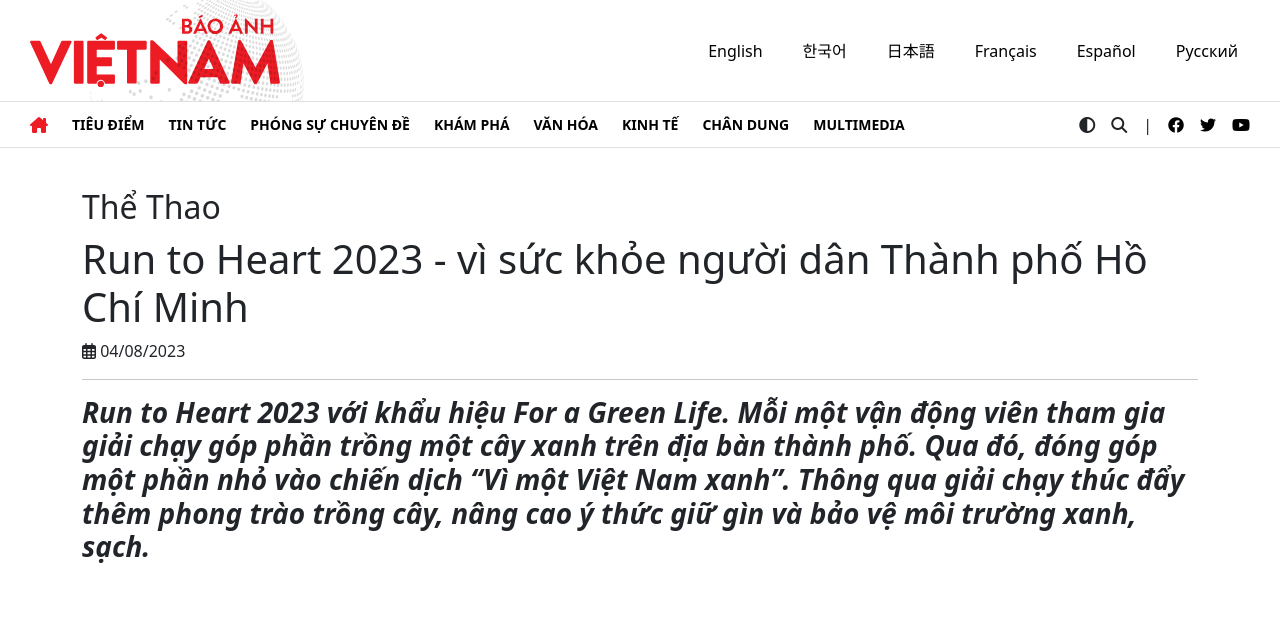
Repository: kietdotshp/webtintuc
Page: Detail.html
These files come from the project's save history. The page is drawn as it stood at one moment and after a run of saves; the edit follows.
The browser window is 1280 px wide. The pictures show the whole page.
Some web libraries are served in a nearby version.

Above is the page before, as saved 2023-08-10 16:15:59.

After the next 3 saves:
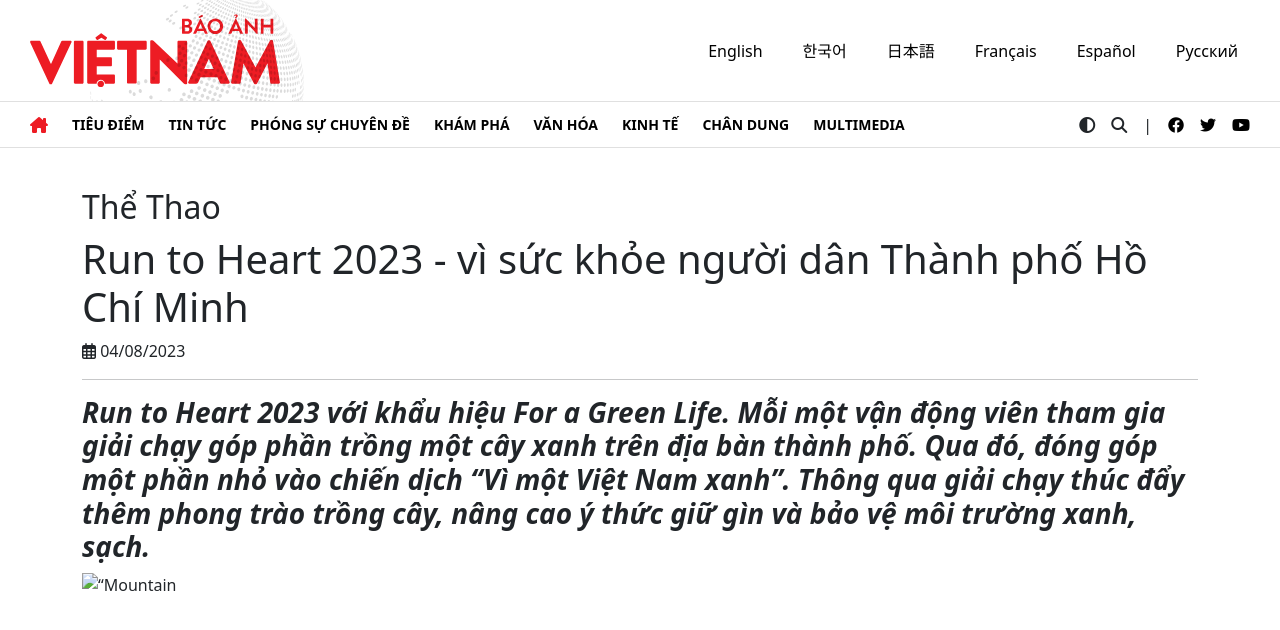
Not found: “pic
The 3 saves are shown as one change because they came seconds apart.
The last was saved 27 s later.
--- a/Detail.html
+++ b/Detail.html
@@ -115,7 +115,7 @@
                     thêm phong trào trồng cây, nâng cao ý thức giữ gìn và bảo vệ môi trường xanh, sạch.
                 </div>
             </h3>
-            <img>
+            <img src=“pic mountain.gif” alt=“Mountain View” style=“width:304px;height:228px;”>
         </div>
 
     </div>
